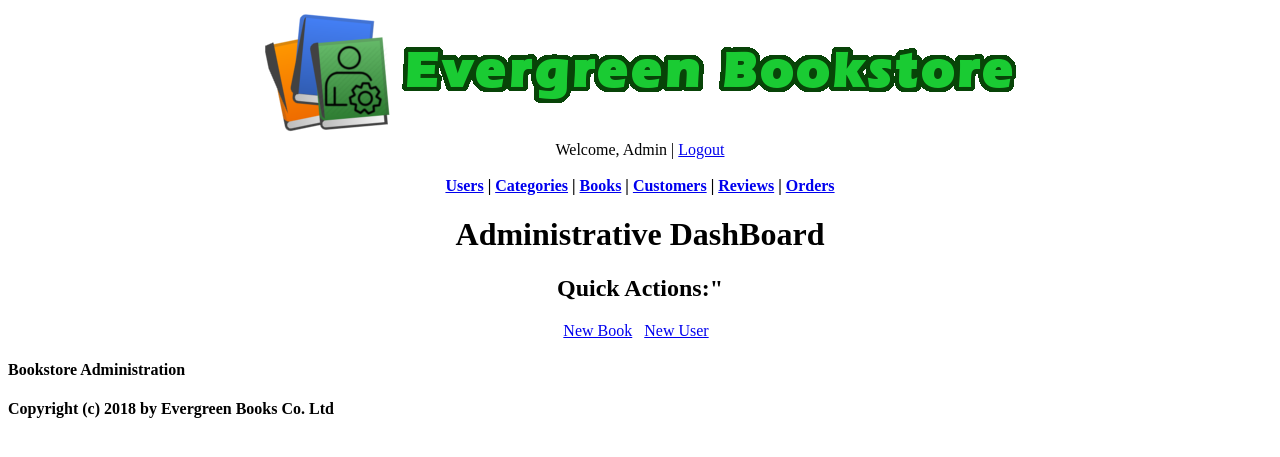
Repository: JadeWensyl/BookStoreProject
Page: http://localhost/BookStoreWebsite/admin/index.jsp
An editor plug-in stored every save of this project. The page is shown before and after the next save, followed by the edit.
The browser window is 1280 px wide. The pictures show the whole page.
The page is served by Tomcat 9. Other server files are loaded and not shown.

Above is the page before, as saved 2020-01-03 05:40:10.

### BookStoreWebsite/WebContent/admin/index.jsp
<%@ page language="java" contentType="text/html; charset=ISO-8859-1"
    pageEncoding="ISO-8859-1"%>
<!DOCTYPE html>
<html>
<head>
<meta charset="ISO-8859-1">
<title>Evergreen Bookstore Administration</title>
</head>
<body>
	<jsp:directive.include file="header.jsp" />
	<div align="center"><h1>Administrative DashBoard</h1></div>
	<div align="center">
		<h2>Quick Actions:"</h2>
		<a href="create_book">New Book</a> &nbsp;
		<a href="create_user">New User</a> &nbsp;
		</div>
	<jsp:directive.include file="footer.jsp" />
</body>
</html>

### BookStoreWebsite/WebContent/admin/header.jsp
<div align="center">
	<div>
<img src="../images/BookstoreAdminLogo.png" />
	</div>
	<div>
	Welcome, Admin | <a href="Logout">Logout</a>
	<br></br>
	</div>
	<div>
	<b>
		<a href="users">Users</a> |
		<a href="users">Categories</a> |
		<a href="book">Books</a> |
		<a href="customer">Customers</a> |
		<a href="reviews">Reviews</a> |
		<a href="orders">Orders</a>
	</b>
	</div>
</div>

### BookStoreWebsite/WebContent/admin/footer.jsp
<div>
	<h4>Bookstore Administration</h4>
	<h4>Copyright (c) 2018 by Evergreen Books Co. Ltd</h4>
</div>

After the next save:
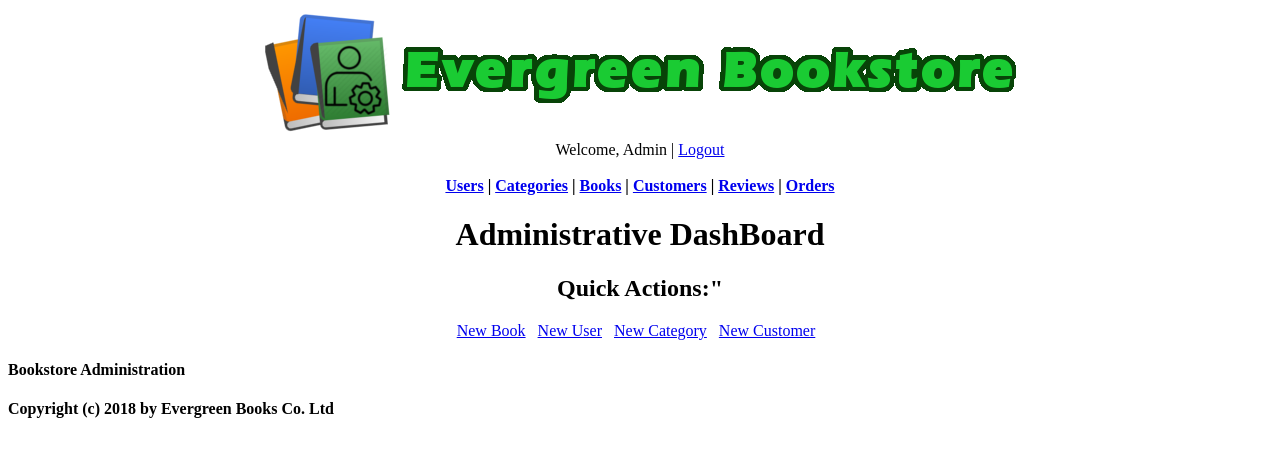
Saved 36 s later.
--- a/BookStoreWebsite/WebContent/admin/index.jsp
+++ b/BookStoreWebsite/WebContent/admin/index.jsp
@@ -13,6 +13,8 @@
 		<h2>Quick Actions:"</h2>
 		<a href="create_book">New Book</a> &nbsp;
 		<a href="create_user">New User</a> &nbsp;
+		<a href="create_category">New Category</a> &nbsp;
+		<a href="create_customer">New Customer</a> &nbsp;
 		</div>
 	<jsp:directive.include file="footer.jsp" />
 </body>
